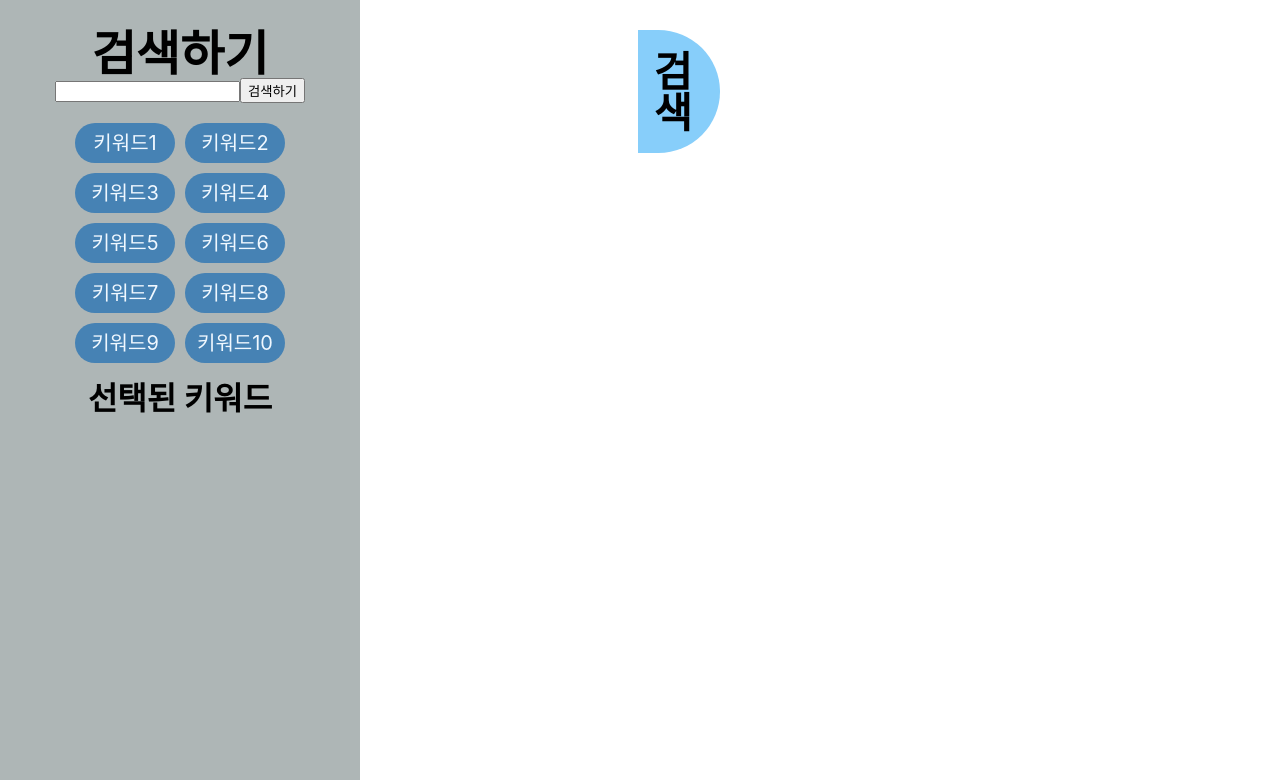
Repository: sunoo-lee/Star-Explore
Page: /
The author's editor kept a copy of each file at every save. The page is drawn from the files as they stood at one save, then again after the next save.
The browser window is 1280 px wide. The pictures show the whole page.
The project was rebuilt for these pictures with package versions that can differ from the ones it lists, and the page was loaded fresh each time.

Above is the page before, as saved 2022-10-14 04:48:20.

### src/index.js
import React from "react";
import ReactDOM from "react-dom/client";
import "./reset.css";
import "./Style.css";
import App from "./components/App";
// import reportWebVitals from "./reportWebVitals";

const root = ReactDOM.createRoot(document.getElementById("root"));
root.render(
  <React.StrictMode>
    <App />
  </React.StrictMode>
);

// reportWebVitals();

### src/Style.css
html,
body,
#root {
  height: 100%;
}

body {
  margin: 0;
  font-family: -apple-system, BlinkMacSystemFont, "Segoe UI", "Roboto", "Oxygen",
    "Ubuntu", "Cantarell", "Fira Sans", "Droid Sans", "Helvetica Neue",
    sans-serif;
  -webkit-font-smoothing: antialiased;
  -moz-osx-font-smoothing: grayscale;
}

.container {
  height: 100%;
}

.nav {
  position: relative;
  padding: 30px;
  background-color: rgb(174, 182, 182);
  width: 300px;
  display: flex;
  flex-direction: column;
  align-items: center;
  height: 100%;
}
.nav h1 {
  font-size: 3rem;
  font-weight: 700;
}
.keyword {
  padding: 20px;
}
.keyword ul {
  display: grid;
  grid-template-columns: 100px 100px;
  gap: 10px;
}
.keyword ul li {
  cursor: pointer;
}
.keyword ul li span {
  display: inline-block;
  font-size: 20px;
  width: 100px;
  height: 40px;
  line-height: 40px;
  text-align: center;
  background-color: lightskyblue;
  border-radius: 25px;
}

.keyword ul li .off {
  background-color: steelblue;
  color: aliceblue;
}
h2 {
  font-size: 2rem;
  font-weight: 700;
}
.selected span {
  display: inline-block;
  font-size: 1.2rem;
  margin: 10px;
}
.nav .nav_toggle {
  position: absolute;
  right: -100%;
  font-size: 2.6rem;
  font-weight: 700;
  writing-mode: vertical-lr;
  background-color: lightskyblue;
  padding: 20px 30px 20px 10px;
  border-radius: 0 100px 100px 0;
}

### src/components/App.js
import AppRouter from "./Router";

function App() {
  return (
    <>
      <AppRouter />
    </>
  );
}

export default App;

### src/components/Router.js
import { HashRouter as Router, Route, Routes } from "react-router-dom";
import Home from "../routes/Home";

const AppRouter = () => {
  return (
    <Router>
      <Routes>
        <Route exact path="/" element={<Home />} />
      </Routes>
    </Router>
  );
};

export default AppRouter;

### src/routes/Home.js
import React, { useState } from "react";

const Home = () => {
  const [select, setSelect] = useState([]);
  const onClick = (event) => {
    const keyword_btn = event.target;
    keyword_btn.className === "off"
      ? (keyword_btn.className = "on")
      : (keyword_btn.className = "off");

    const selected = event.target.innerText;
    if (keyword_btn.className === "on") {
      setSelect([...select, selected]);
    } else if (keyword_btn.className === "off") {
      setSelect(select.filter((key) => key !== selected));
    }
  };
  return (
    <div className="container">
      <div className="nav">
        <h1>검색하기</h1>
        <form>
          <input type="text" />
          <button>검색하기</button>
        </form>
        <div className="keyword">
          <ul>
            <li>
              <span className="off" onClick={onClick}>
                키워드1
              </span>
            </li>
            <li>
              <span className="off" onClick={onClick}>
                키워드2
              </span>
            </li>
            <li>
              <span className="off" onClick={onClick}>
                키워드3
              </span>
            </li>
            <li>
              <span className="off" onClick={onClick}>
                키워드4
              </span>
            </li>
            <li>
              <span className="off" onClick={onClick}>
                키워드5
              </span>
            </li>
            <li>
              <span className="off" onClick={onClick}>
                키워드6
              </span>
            </li>
            <li>
              <span className="off" onClick={onClick}>
                키워드7
              </span>
            </li>
            <li>
              <span className="off" onClick={onClick}>
                키워드8
              </span>
            </li>
            <li>
              <span className="off" onClick={onClick}>
                키워드9
              </span>
            </li>
            <li>
              <span className="off" onClick={onClick}>
                키워드10
              </span>
            </li>
          </ul>
        </div>
        <h2>선택된 키워드</h2>
        <div className="selected">
          {select.map((key, index) => (
            <span key={index}>{key}</span>
          ))}
        </div>
        <div className="nav_toggle">검색</div>
      </div>
    </div>
  );
};

export default Home;

Loaded but not shown: public/index.html (common file); src/reset.css (common file)

After the next save:
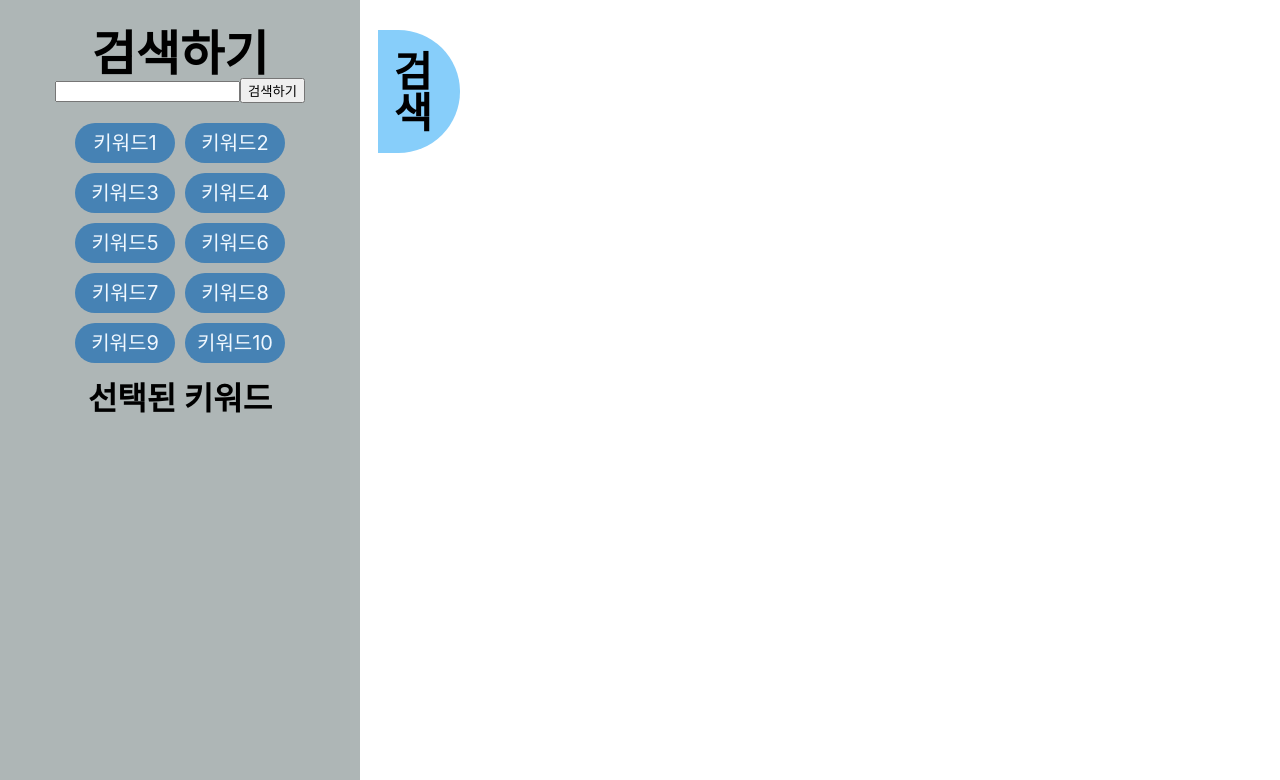
Saved 7 s later.
--- a/src/Style.css
+++ b/src/Style.css
@@ -68,7 +68,7 @@ h2 {
 }
 .nav .nav_toggle {
   position: absolute;
-  right: -100%;
+  right: -100px;
   font-size: 2.6rem;
   font-weight: 700;
   writing-mode: vertical-lr;
